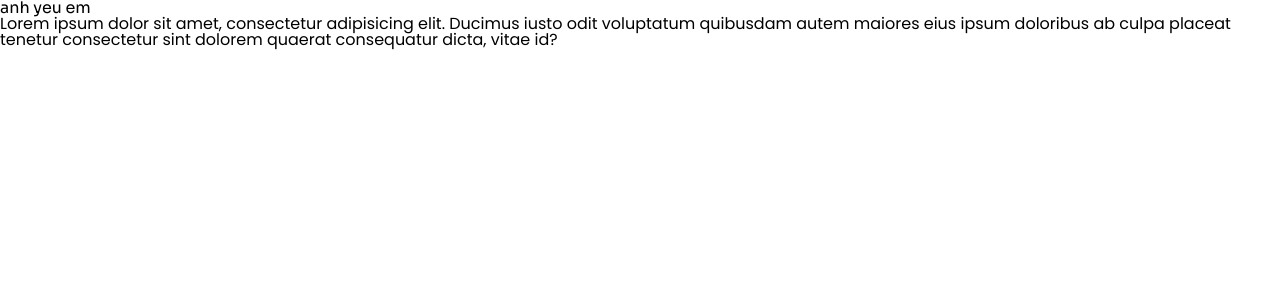
Repository: anhtien111198/f8-htmlcss-04
Page: index.html
An editor plug-in stored every save of this project. The page is shown before and after the next save, followed by the edit.
The browser window is 1280 px wide. The pictures show the whole page.

Above is the page before, as saved 2023-05-16 11:25:07.

After the next save:
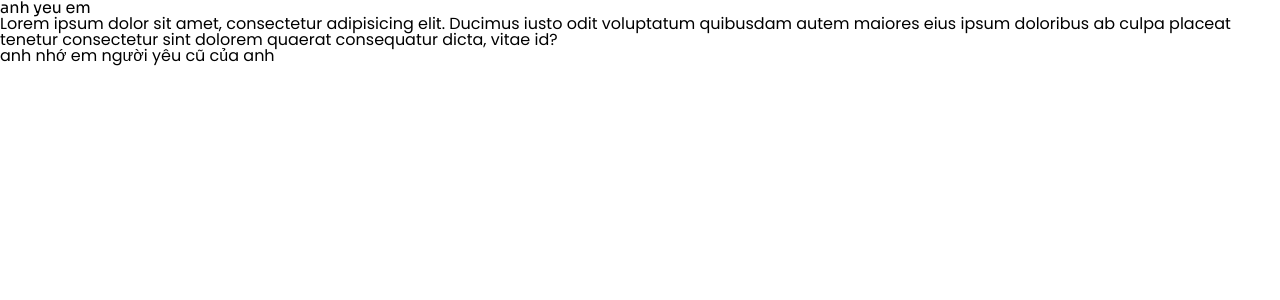
Saved 31 s later.
--- a/index.html
+++ b/index.html
@@ -25,5 +25,6 @@
             ab culpa placeat tenetur consectetur sint dolorem quaerat
             consequatur dicta, vitae id?
         </p>
+        <p>anh nhớ em người yêu cũ của anh</p>
     </body>
 </html>
